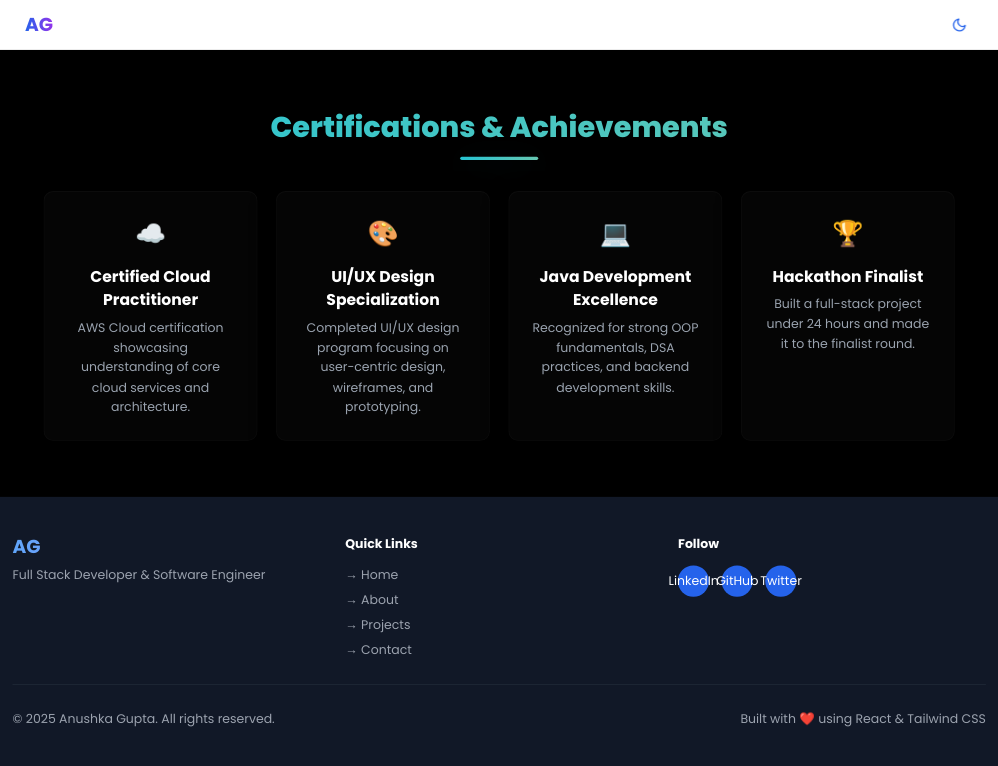
Repository: AnushkaGupta1120/Portfolio
Page: /achievements
The author's editor kept a copy of each file at every save. The page is drawn from the files as they stood at one save, then again after the next save.
The browser window is 1280 px wide. The pictures show the whole page, at 78% of full size.
The project was rebuilt for these pictures with package versions that can differ from the ones it lists, and the page was loaded fresh each time. Also part of the build but not shown: vite.config.js, src/styles/Home.css, src/pages/Hero.jsx, src/pages/About.jsx, src/pages/SkillsCategories.jsx, src/pages/Skills.jsx, src/pages/ProjectCard.jsx, src/pages/Projects.jsx and 4 more.

Above is the page before, as saved 2025-12-22 12:51:46.

### index.html
<!DOCTYPE html>
<html lang="en">
<head>
  <meta charset="UTF-8" />
  <meta name="viewport" content="width=device-width, initial-scale=1.0" />

  <!-- Meta Tags -->
  <meta name="description" content="Anushka Gupta - Full Stack Developer & Software Engineer. Building scalable and user-friendly solutions with React, Node.js, and modern web technologies." />
  <meta name="keywords" content="full stack developer, software engineer, react, node.js, web development, portfolio" />
  <meta name="author" content="Anushka Gupta" />
  <meta name="theme-color" content="#2563eb" />

  <!-- Open Graph Tags -->
  <meta property="og:type" content="website" />
  <meta property="og:title" content="Anushka Gupta - Full Stack Developer" />
  <meta property="og:description" content="Turning ideas into scalable and user-friendly solutions. Full Stack Developer & Software Engineer specializing in React, Node.js, and Cloud Technologies." />
  <meta property="og:url" content="https://anushkagupta-portfolio.com" />
  <meta property="og:image" content="https://anushkagupta-portfolio.com/og-image.png" />

  <!-- Twitter Card -->
  <meta name="twitter:card" content="summary_large_image" />
  <meta name="twitter:title" content="Anushka Gupta - Full Stack Developer" />
  <meta name="twitter:description" content="Full Stack Developer specializing in React, Node.js, and Cloud Technologies" />
  <meta name="twitter:image" content="https://anushkagupta-portfolio.com/og-image.png" />

  <!-- Favicon -->
  <link rel="icon" type="image/svg+xml" href="/favicon.svg" />
  <title>Anushka Gupta - Full Stack Developer & Software Engineer</title>

  <!-- Preload Fonts -->
  <link rel="preload" href="https://fonts.googleapis.com/css2?family=Poppins:wght@300;400;500;600;700;800;900&family=Inter:wght@300;400;500;600;700&display=swap" as="style" />

  <!-- Google Analytics (Optional) -->
  <script async src="https://www.googletagmanager.com/gtag/js?id=GA_MEASUREMENT_ID"></script>
  <script>
    window.dataLayer = window.dataLayer || [];
    function gtag(){dataLayer.push(arguments);}
    gtag('js', new Date());
    gtag('config', 'GA_MEASUREMENT_ID');
  </script>
</head>
<body>
  <div id="root"></div>
  <script type="module" src="/src/main.jsx"></script>
</body>
</html>

### src/main.jsx
import React from 'react'
import ReactDOM from 'react-dom/client'
import { BrowserRouter } from 'react-router-dom'   // ✔ ADD THIS
import App from './App.jsx'
import './index.css'

ReactDOM.createRoot(document.getElementById('root')).render(
  <React.StrictMode>
    <BrowserRouter>       {/* ✔ WRAP YOUR APP */}
      <App />
    </BrowserRouter>
  </React.StrictMode>
)

### src/App.jsx
import React from "react";
import { Routes, Route } from "react-router-dom";

import Navbar from "./components/Navbar";
import Footer from "./components/Footer";

// Pages from your folder structure
import Hero from "./pages/Hero";
import About from "./pages/About";
import Skills from "./pages/Skills";
import Projects from "./pages/Projects";
import Achievements from "./pages/Achievements";
import Education from "./pages/Education";
import Resume from "./pages/Resume";
import Contact from "./pages/Contact";
import GetMeACoffee from "./pages/GetMeACoffee";

export default function App() {
  return (
    <div className="app">
      <Navbar />

      <main style={{ flex: 1 }}>
        <Routes>
          <Route path="/" element={<Hero />} />
          <Route path="/about" element={<About />} />
          <Route path="/skills" element={<Skills />} />
          <Route path="/projects" element={<Projects />} />
          <Route path="/achievements" element={<Achievements />} />
          <Route path="/education" element={<Education />} />
          <Route path="/resume" element={<Resume />} />
          <Route path="/coffee" element={<GetMeACoffee />} />
          <Route path="/contact" element={<Contact />} />

          {/* Optional 404 page */}
          {/* <Route path="*" element={<NotFound />} /> */}
        </Routes>
      </main>

      <Footer />
    </div>
  );
}

### src/components/Navbar.jsx
import { useState } from 'react';
import { FiMenu, FiX, FiMoon, FiSun } from 'react-icons/fi';

export default function Navbar({ darkMode, setDarkMode }) {
  const [menuOpen, setMenuOpen] = useState(false);

  const scrollToSection = (id) => {
    const element = document.getElementById(id);
    if (element) {
      element.scrollIntoView({ behavior: 'smooth' });
      setMenuOpen(false);
    }
  };

  const navLinks = [
    { id: 'home', label: 'Home' },
    { id: 'about', label: 'About' },
    { id: 'skills', label: 'Skills' },
    { id: 'projects', label: 'Projects' },
    { id: 'experience', label: 'Experience' },
    { id: 'contact', label: 'Contact' },
  ];

  return (
    <nav className="sticky top-0 z-50 bg-white dark:bg-gray-900 shadow-lg dark:shadow-gray-800 transition-colors duration-300">
      <div className="max-w-7xl mx-auto px-4 sm:px-6 lg:px-8">
        <div className="flex justify-between items-center h-16">
          {/* Logo */}
          <div className="flex-shrink-0">
            <a href="#home" className="text-2xl font-bold bg-gradient-to-r from-blue-600 to-purple-600 bg-clip-text text-transparent hover:scale-105 transition-transform duration-300 cursor-pointer animate-fadeIn">
              AG
            </a>
          </div>

          {/* Desktop Navigation */}
          <div className="hidden md:flex items-center space-x-1">
            {navLinks.map((link, index) => (
              <button
                key={link.id}
                onClick={() => scrollToSection(link.id)}
                className="px-3 py-2 text-sm font-medium rounded-md hover:bg-gray-100 dark:hover:bg-gray-800 transition-all duration-300 hover:text-blue-600 dark:hover:text-blue-400 animate-slideInDown"
                style={{ animationDelay: `${index * 0.1}s` }}
              >
                {link.label}
              </button>
            ))}
          </div>

          {/* Right Section - Theme Toggle and Mobile Menu */}
          <div className="flex items-center space-x-4">
            <button
              onClick={() => setDarkMode(!darkMode)}
              className="p-2 rounded-lg hover:bg-gray-100 dark:hover:bg-gray-800 transition-all duration-300 transform hover:scale-110"
            >
              {darkMode ? (
                <FiSun className="w-5 h-5 text-yellow-400 animate-spin-slow" />
              ) : (
                <FiMoon className="w-5 h-5 text-blue-600 animate-bounce-slow" />
              )}
            </button>

            {/* Mobile menu button */}
            <button
              onClick={() => setMenuOpen(!menuOpen)}
              className="md:hidden p-2 rounded-lg hover:bg-gray-100 dark:hover:bg-gray-800 transition-all duration-300 transform hover:scale-110"
            >
              {menuOpen ? (
                <FiX className="w-6 h-6 animate-rotateIn" />
              ) : (
                <FiMenu className="w-6 h-6 animate-rotateIn" />
              )}
            </button>
          </div>
        </div>

        {/* Mobile Navigation */}
        {menuOpen && (
          <div className="md:hidden bg-gray-50 dark:bg-gray-800 animate-slideDown">
            <div className="px-2 pt-2 pb-3 space-y-1">
              {navLinks.map((link) => (
                <button
                  key={link.id}
                  onClick={() => scrollToSection(link.id)}
                  className="block w-full text-left px-3 py-2 rounded-md text-base font-medium hover:bg-gray-100 dark:hover:bg-gray-700 transition-all duration-300 hover:text-blue-600 dark:hover:text-blue-400 animate-fadeIn"
                >
                  {link.label}
                </button>
              ))}
            </div>
          </div>
        )}
      </div>
    </nav>
  );
}

### src/components/Footer.jsx
export default function Footer() {
  const currentYear = new Date().getFullYear();

  return (
    <footer className="bg-gray-900 dark:bg-black text-white py-12 px-4">
      <div className="max-w-7xl mx-auto">
        <div className="grid grid-cols-1 md:grid-cols-3 gap-8 mb-8">
          {/* Brand */}
          <div className="animate-fadeInLeft animation-delay-300">
            <h3 className="text-2xl font-bold bg-gradient-to-r from-blue-400 to-purple-400 bg-clip-text text-transparent mb-2">
              AG
            </h3>
            <p className="text-gray-400">Full Stack Developer & Software Engineer</p>
          </div>

          {/* Quick Links */}
          <div className="animate-fadeIn animation-delay-400">
            <h4 className="font-bold mb-4">Quick Links</h4>
            <div className="space-y-2 text-gray-400">
              {['Home', 'About', 'Projects', 'Contact'].map((link) => (
                <a
                  key={link}
                  href={`#${link.toLowerCase()}`}
                  className="block hover:text-blue-400 transition-colors duration-300 transform hover:translate-x-1"
                >
                  → {link}
                </a>
              ))}
            </div>
          </div>

          {/* Social Links */}
          <div className="animate-fadeInRight animation-delay-500">
            <h4 className="font-bold mb-4">Follow</h4>
            <div className="flex gap-4">
              {['LinkedIn', 'GitHub', 'Twitter'].map((social) => (
                <a
                  key={social}
                  href="#"
                  className="w-10 h-10 rounded-full bg-blue-600 hover:bg-purple-600 flex items-center justify-center transition-all duration-300 transform hover:scale-110 hover:-translate-y-1"
                >
                  {social}
                </a>
              ))}
            </div>
          </div>
        </div>

        <div className="border-t border-gray-800 pt-8 flex flex-col md:flex-row justify-between items-center gap-4 animate-slideInUp animation-delay-600">
          <p className="text-gray-400">
            © {currentYear} Anushka Gupta. All rights reserved.
          </p>
          <p className="text-gray-400">
            Built with ❤️ using React & Tailwind CSS
          </p>
        </div>
      </div>
    </footer>
  );
}

### src/pages/Achievements.jsx
import React from "react";

export default function Achievements() {
  const achievements = [
    {
      title: "Certified Cloud Practitioner",
      desc: "AWS Cloud certification showcasing understanding of core cloud services and architecture.",
      icon: "☁️",
    },
    {
      title: "UI/UX Design Specialization",
      desc: "Completed UI/UX design program focusing on user-centric design, wireframes, and prototyping.",
      icon: "🎨",
    },
    {
      title: "Java Development Excellence",
      desc: "Recognized for strong OOP fundamentals, DSA practices, and backend development skills.",
      icon: "💻",
    },
    {
      title: "Hackathon Finalist",
      desc: "Built a full-stack project under 24 hours and made it to the finalist round.",
      icon: "🏆",
    },
  ];

  return (
    <section id="certifications" className="section">
      <div className="container-max">

        {/* Heading */}
        <div style={{ textAlign: "center", marginBottom: "2.5rem" }}>
          <h2
            style={{
              background: "var(--teal-grad)",
              WebkitBackgroundClip: "text",
              color: "transparent",
              fontSize: "2.3rem",
              fontWeight: 800,
            }}
          >
            Certifications & Achievements
          </h2>
          <div
            className="divider"
            style={{
              width: "100px",
              height: "4px",
              margin: "10px auto",
              borderRadius: "8px",
              background: "var(--teal-grad)",
              boxShadow: "var(--glow-medium)",
            }}
          />
        </div>

        {/* Card Grid */}
        <div
          style={{
            display: "grid",
            gridTemplateColumns: "repeat(auto-fit, minmax(260px, 1fr))",
            gap: "1.5rem",
          }}
        >
          {achievements.map((item, idx) => (
            <div className="card" key={idx} style={{ padding: "1.8rem" }}>
              <div
                style={{
                  fontSize: "2rem",
                  marginBottom: "1rem",
                  textAlign: "center",
                }}
              >
                {item.icon}
              </div>

              <h3
                style={{
                  fontSize: "1.25rem",
                  fontWeight: 700,
                  color: "var(--white)",
                  marginBottom: "0.5rem",
                  textAlign: "center",
                }}
              >
                {item.title}
              </h3>

              <p
                className="text-muted"
                style={{
                  textAlign: "center",
                  lineHeight: "1.6",
                  marginTop: "0.2rem",
                }}
              >
                {item.desc}
              </p>
            </div>
          ))}
        </div>

      </div>
    </section>
  );
}

Loaded but not shown: tailwind.config.js (136 lines, source omitted); src/index.css (294 lines, source omitted)

After the next save:
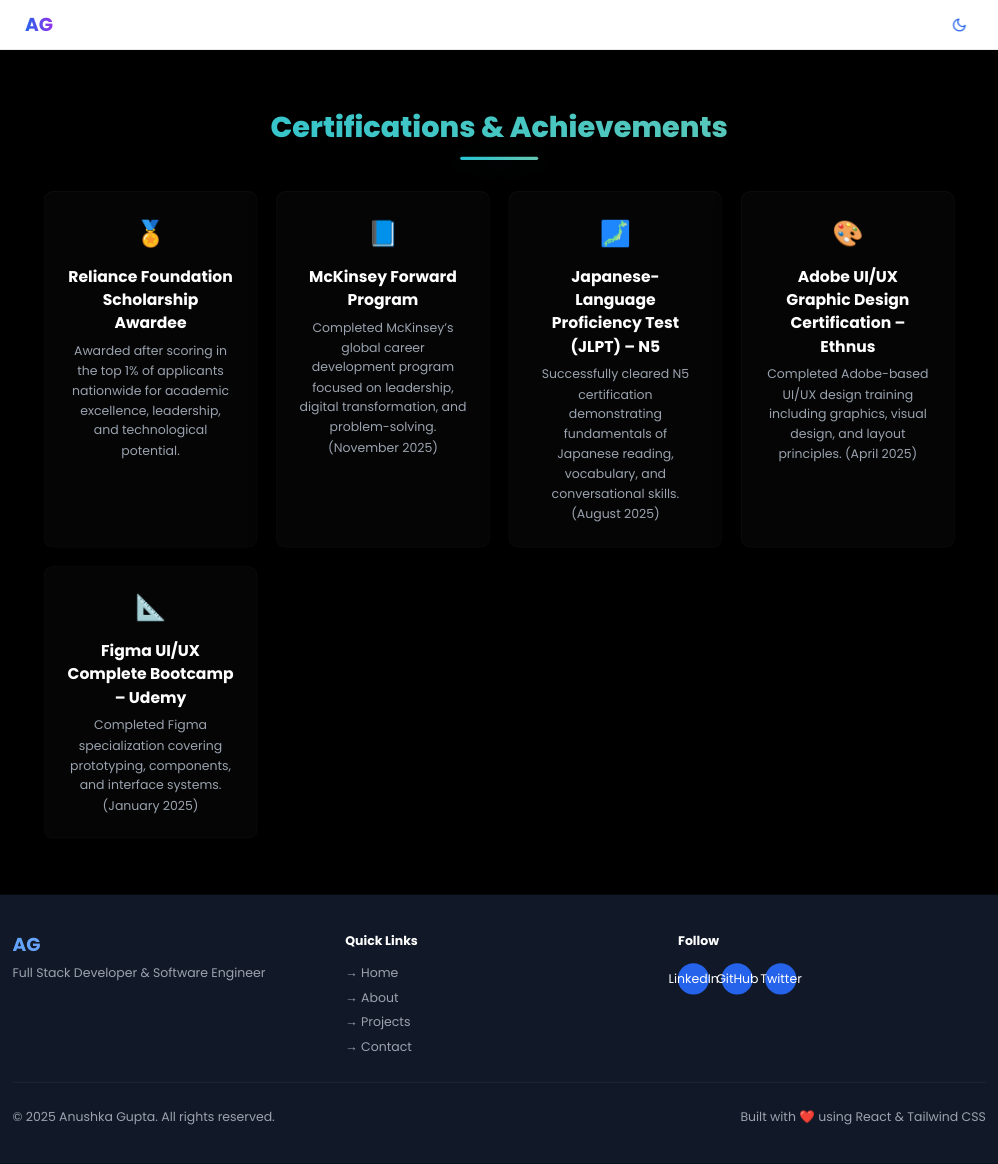
Saved 5 min 47 s later.
--- a/src/pages/Achievements.jsx
+++ b/src/pages/Achievements.jsx
@@ -3,25 +3,30 @@
 export default function Achievements() {
   const achievements = [
     {
-      title: "Certified Cloud Practitioner",
-      desc: "AWS Cloud certification showcasing understanding of core cloud services and architecture.",
-      icon: "☁️",
+      title: "Reliance Foundation Scholarship Awardee",
+      desc: "Awarded after scoring in the top 1% of applicants nationwide for academic excellence, leadership, and technological potential.",
+      icon: "🏅",
     },
     {
-      title: "UI/UX Design Specialization",
-      desc: "Completed UI/UX design program focusing on user-centric design, wireframes, and prototyping.",
+      title: "McKinsey Forward Program",
+      desc: "Completed McKinsey’s global career development program focused on leadership, digital transformation, and problem-solving. (November 2025)",
+      icon: "📘",
+    },
+    {
+      title: "Japanese-Language Proficiency Test (JLPT) – N5",
+      desc: "Successfully cleared N5 certification demonstrating fundamentals of Japanese reading, vocabulary, and conversational skills. (August 2025)",
+      icon: "🗾",
+    },
+    {
+      title: "Adobe UI/UX Graphic Design Certification – Ethnus",
+      desc: "Completed Adobe-based UI/UX design training including graphics, visual design, and layout principles. (April 2025)",
       icon: "🎨",
     },
     {
-      title: "Java Development Excellence",
-      desc: "Recognized for strong OOP fundamentals, DSA practices, and backend development skills.",
-      icon: "💻",
-    },
-    {
-      title: "Hackathon Finalist",
-      desc: "Built a full-stack project under 24 hours and made it to the finalist round.",
-      icon: "🏆",
-    },
+      title: "Figma UI/UX Complete Bootcamp – Udemy",
+      desc: "Completed Figma specialization covering prototyping, components, and interface systems. (January 2025)",
+      icon: "📐",
+    }
   ];
 
   return (
@@ -41,6 +46,7 @@
           >
             Certifications & Achievements
           </h2>
+
           <div
             className="divider"
             style={{
@@ -54,7 +60,7 @@
           />
         </div>
 
-        {/* Card Grid */}
+        {/* Cards */}
         <div
           style={{
             display: "grid",
@@ -64,6 +70,7 @@
         >
           {achievements.map((item, idx) => (
             <div className="card" key={idx} style={{ padding: "1.8rem" }}>
+
               <div
                 style={{
                   fontSize: "2rem",
@@ -96,6 +103,7 @@
               >
                 {item.desc}
               </p>
+
             </div>
           ))}
         </div>
